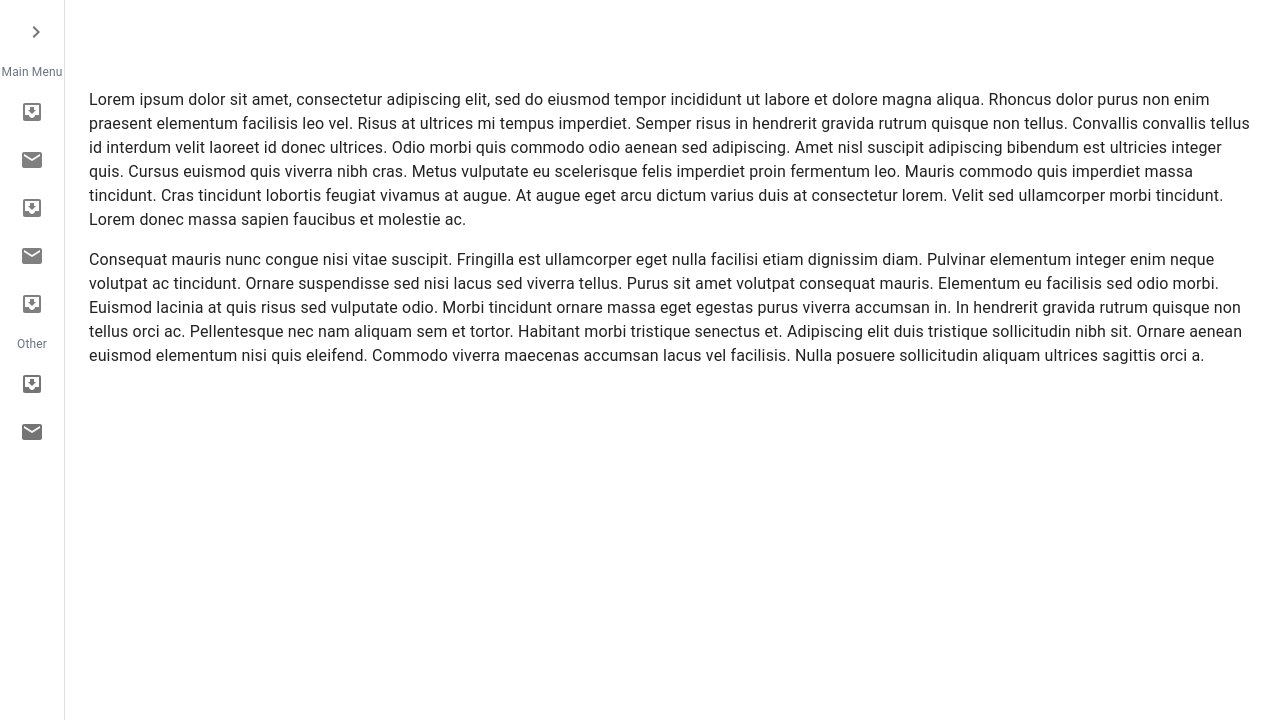
Repository: SatyaDewangan05/sample-dashboard
Page: /
An editor plug-in stored every save of this project. The page is shown before and after the next save, followed by the edit.
The browser window is 1280 px wide. The pictures show the whole page.
The project was rebuilt for these pictures with package versions that can differ from the ones it lists, and the page was loaded fresh each time. The framework's server and built-in components were replaced by stand-ins that run in the browser. Also part of the build but not shown: next.config.mjs.

Above is the page before, as saved 2024-09-20 20:51:24.

After the next save:
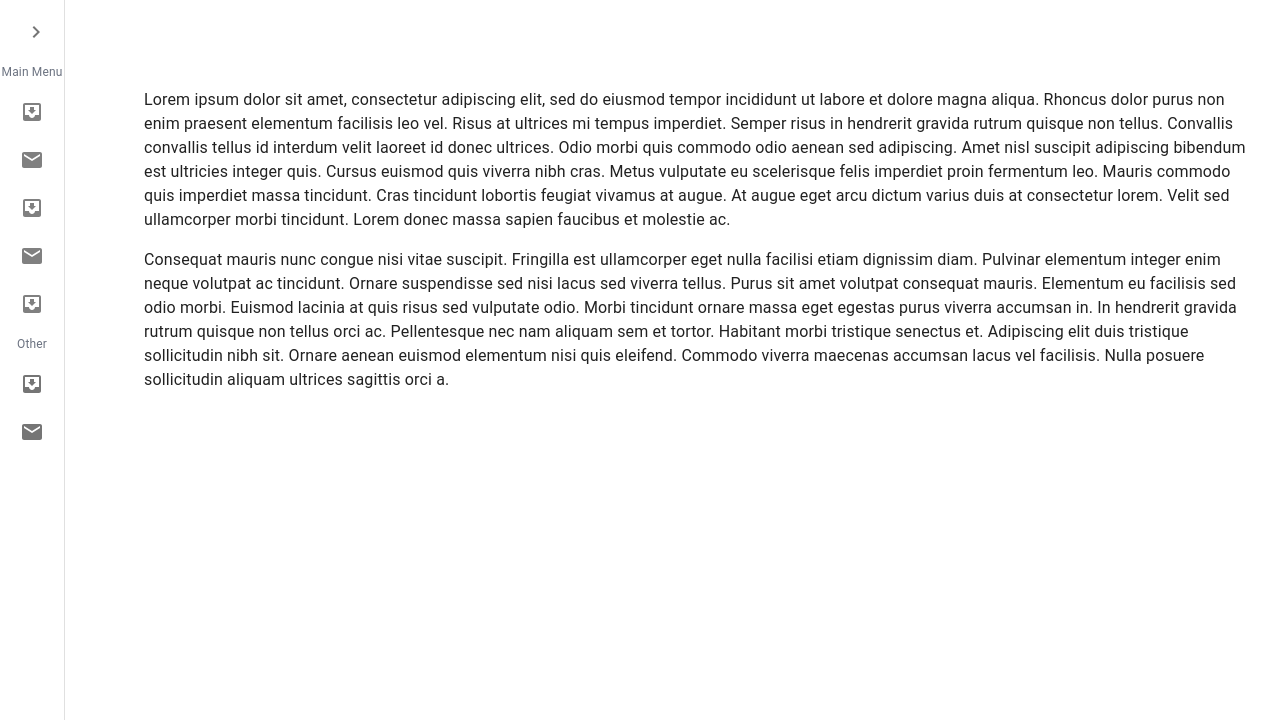
Saved 26 s later.
--- a/src/app/components/Drawer.jsx
+++ b/src/app/components/Drawer.jsx
@@ -80,6 +80,7 @@
   shouldForwardProp: (prop) => prop !== "open",
 })(({ theme }) => ({
   width: drawerWidth,
+  minWidth: 120,
   flexShrink: 0,
   whiteSpace: "nowrap",
   boxSizing: "border-box",

After the save that followed:
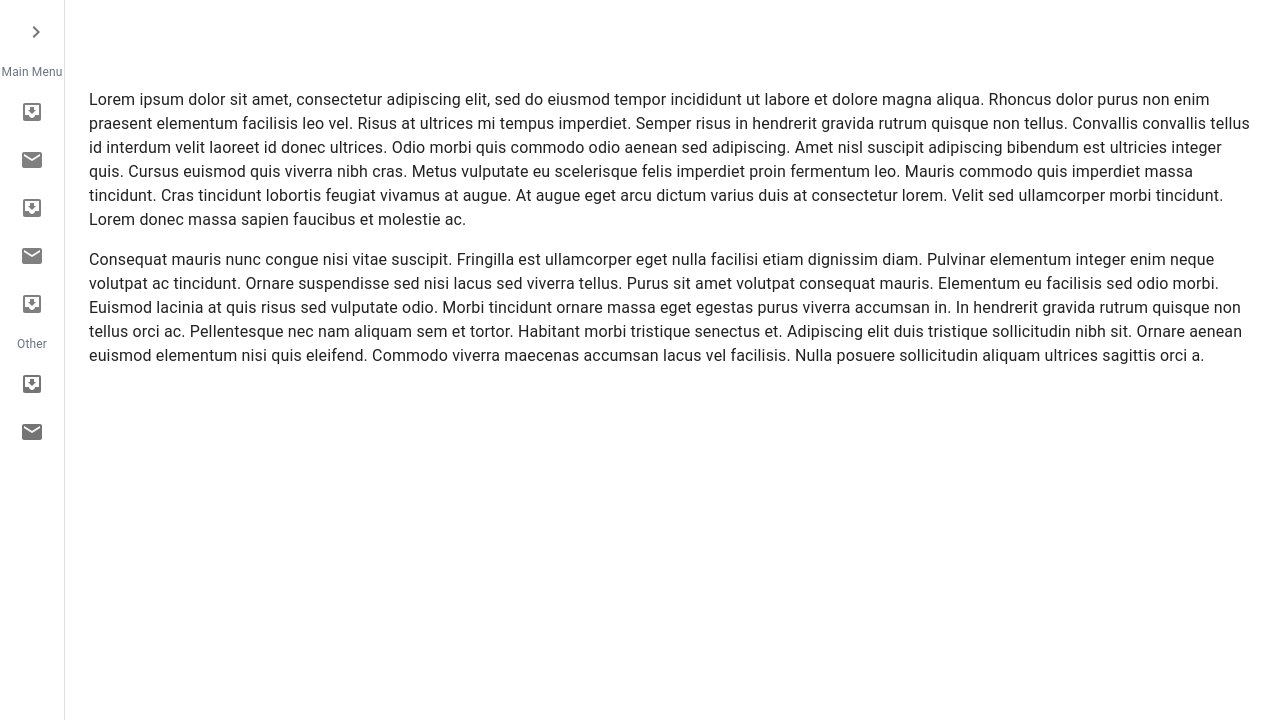
Saved 4 s later.
--- a/src/app/components/Drawer.jsx
+++ b/src/app/components/Drawer.jsx
@@ -80,7 +80,6 @@
   shouldForwardProp: (prop) => prop !== "open",
 })(({ theme }) => ({
   width: drawerWidth,
-  minWidth: 120,
   flexShrink: 0,
   whiteSpace: "nowrap",
   boxSizing: "border-box",
